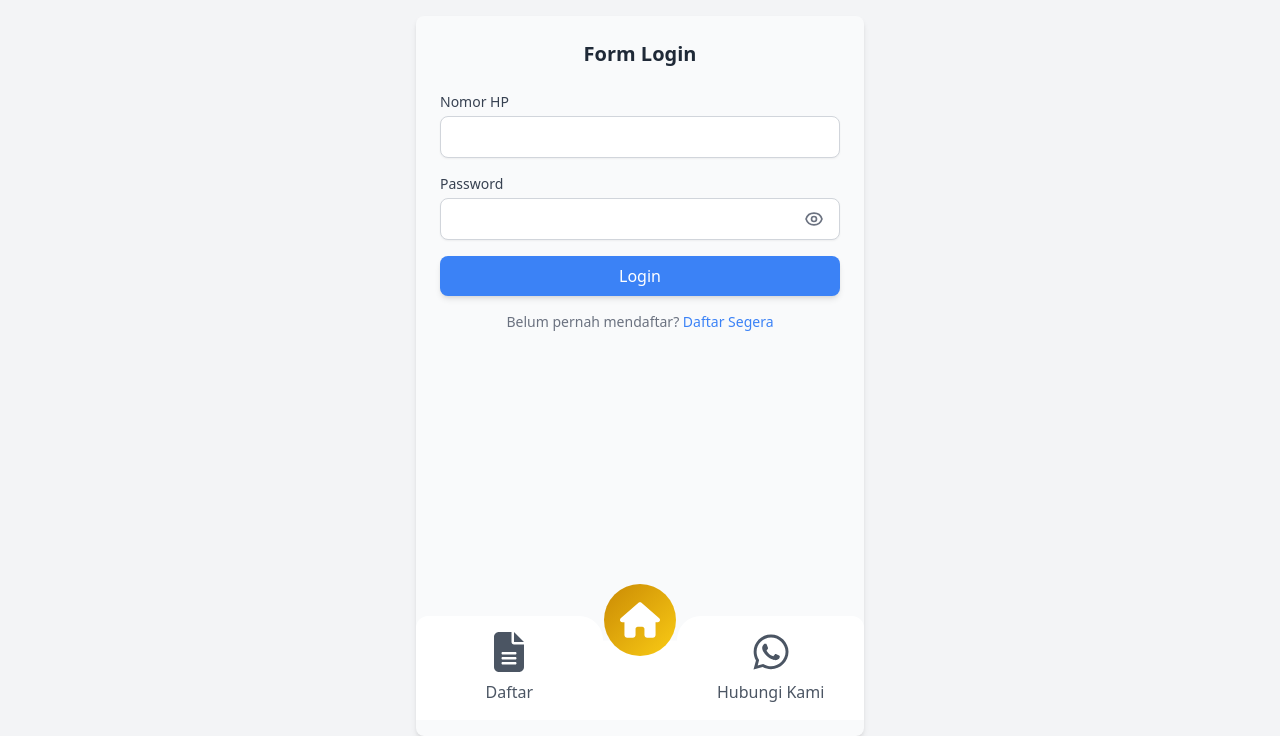
Repository: tsabitgholib/fo_psb
Page: http://localhost/pendaftaran
These files come from the project's save history. The page is drawn as it stood at one moment and after a run of saves; the edit follows.
The browser window is 1280 px wide. The pictures show the whole page.
Some web libraries are served in a nearby version. The page is served by the project's Laravel application, run on PHP 8.4 with Laravel 10.

Above is the page before, as saved 2025-02-01 22:32:05.

After the next 3 saves:
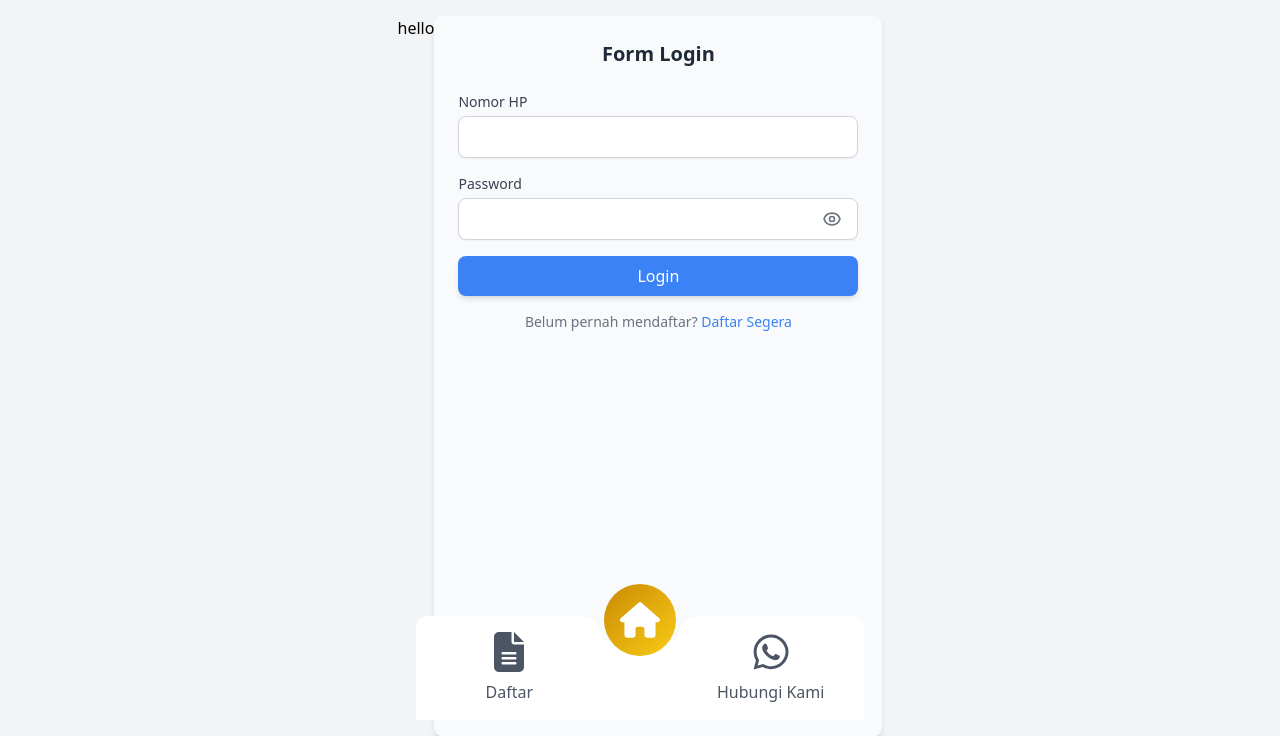
The 3 saves are shown as one change because they came seconds apart.
The last was saved 20 s later.
--- a/resources/views/dashboard.blade.php
+++ b/resources/views/dashboard.blade.php
@@ -10,7 +10,10 @@
 
     <body class="bg-gray-100 flex justify-center items-start min-h-screen pt-4">
         <div>
-            <div><div></div></div>
+            <div>
+                <div></div>
+                <div>hello</div>
+            </div>
         </div>
         <div
             class="w-full sm:max-w-md bg-gray-50 min-h-screen shadow-md rounded-lg p-6 pb-44"

After the save that followed:
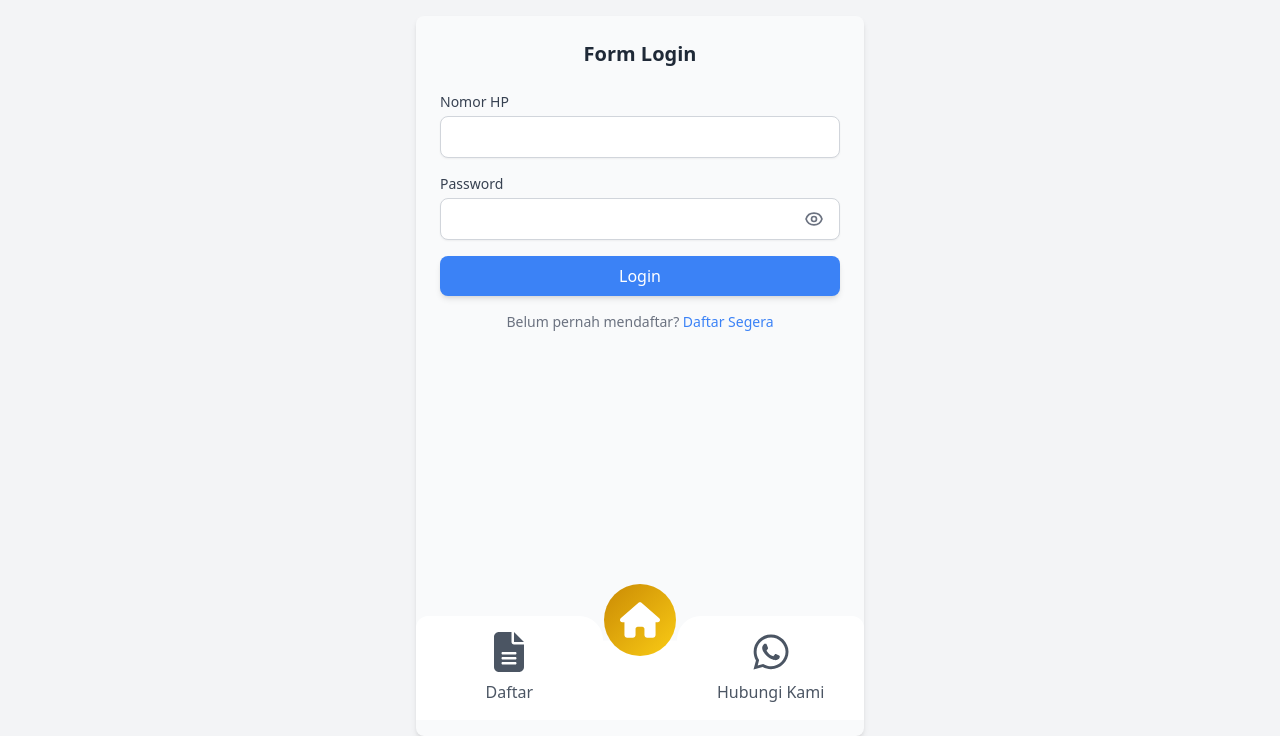
Saved 6 s later.
--- a/resources/views/dashboard.blade.php
+++ b/resources/views/dashboard.blade.php
@@ -9,12 +9,6 @@
     </head>
 
     <body class="bg-gray-100 flex justify-center items-start min-h-screen pt-4">
-        <div>
-            <div>
-                <div></div>
-                <div>hello</div>
-            </div>
-        </div>
         <div
             class="w-full sm:max-w-md bg-gray-50 min-h-screen shadow-md rounded-lg p-6 pb-44"
         >
